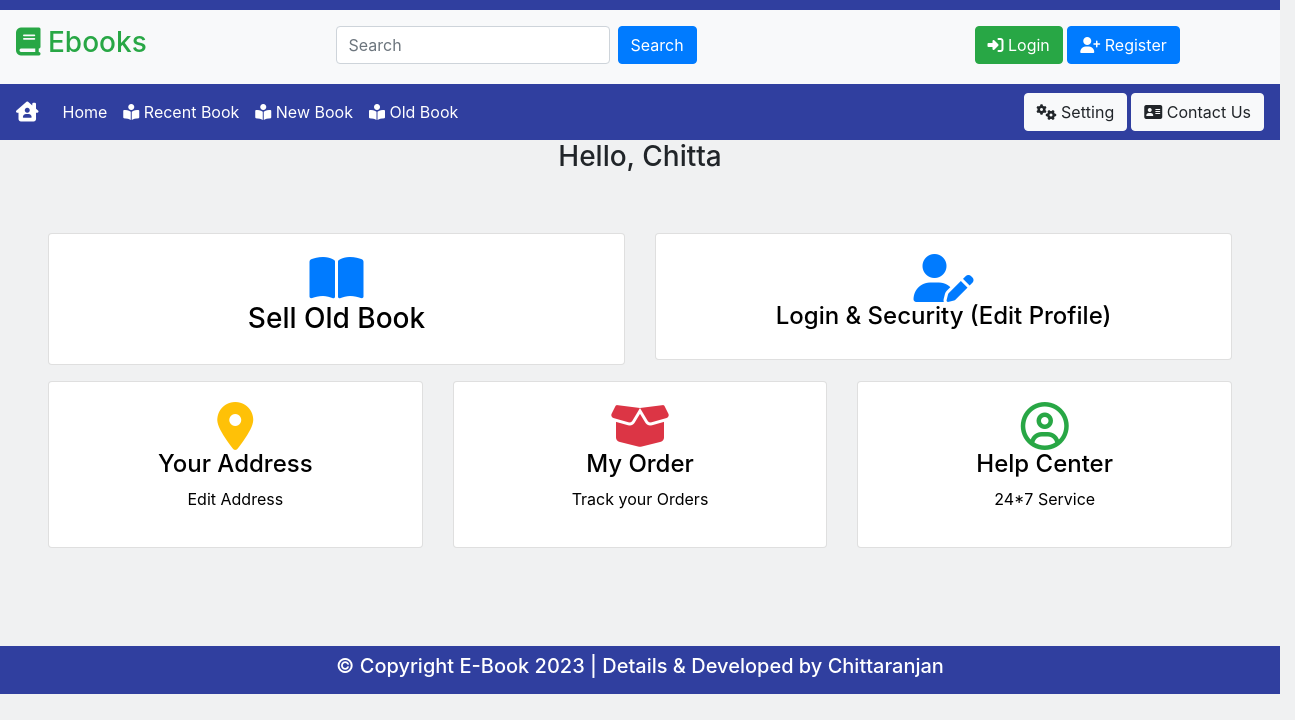
Repository: chittaranjan24/E-Books_Management_System
Page: http://localhost/Ebook-App/setting.jsp
An editor plug-in stored every save of this project. The page is shown before and after the next save, followed by the edit.
The browser window is 1280 px wide. The page is 1295 px wide, so the pictures cover 1295 px, including what lies to the right of the window. The pictures show the whole page.
Some web libraries are served in a nearby version. The page is served by Tomcat 9.

Above is the page before, as saved 2023-08-31 10:19:49.

After the next save:
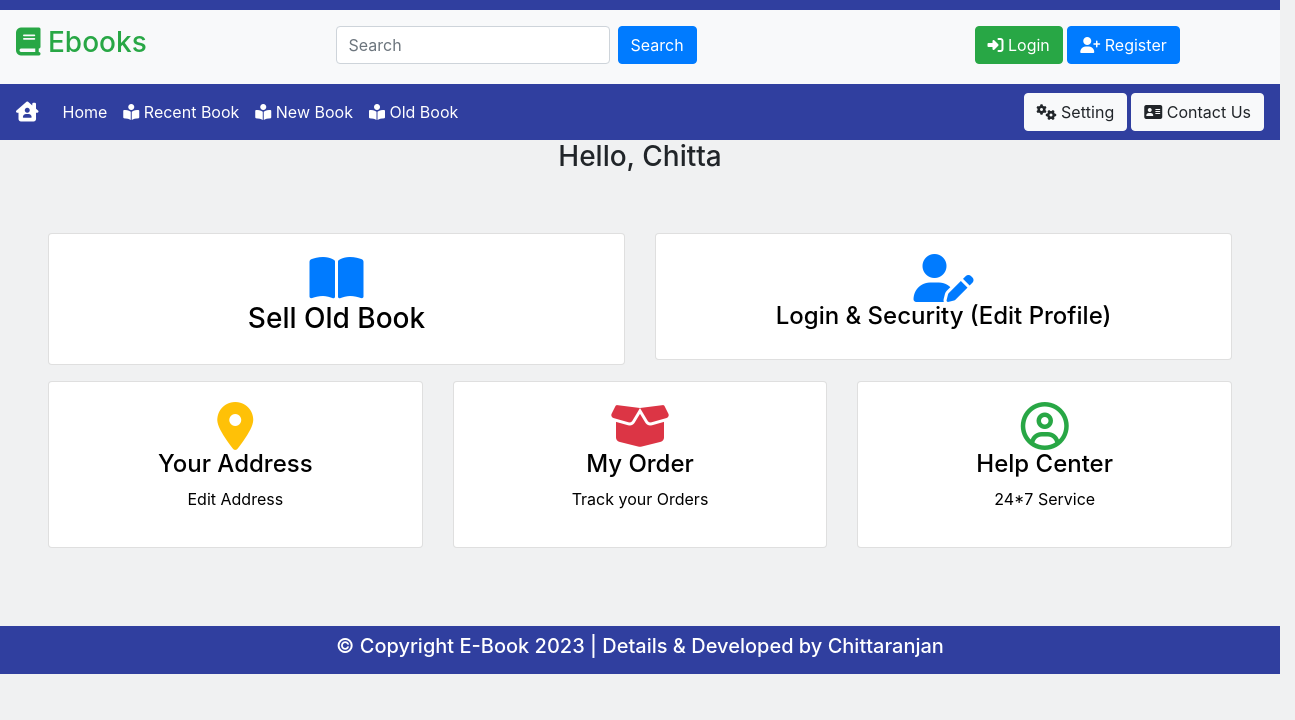
Saved 13 s later.
--- a/Ebook-App/src/main/webapp/setting.jsp
+++ b/Ebook-App/src/main/webapp/setting.jsp
@@ -97,7 +97,7 @@
 		</div>
 	</div>
 
-	<div style="margin-top: 50px">
+	<div style="margin-top: 30px">
 		<%@include file="all_component/footer.jsp"%>
 	</div>
 
